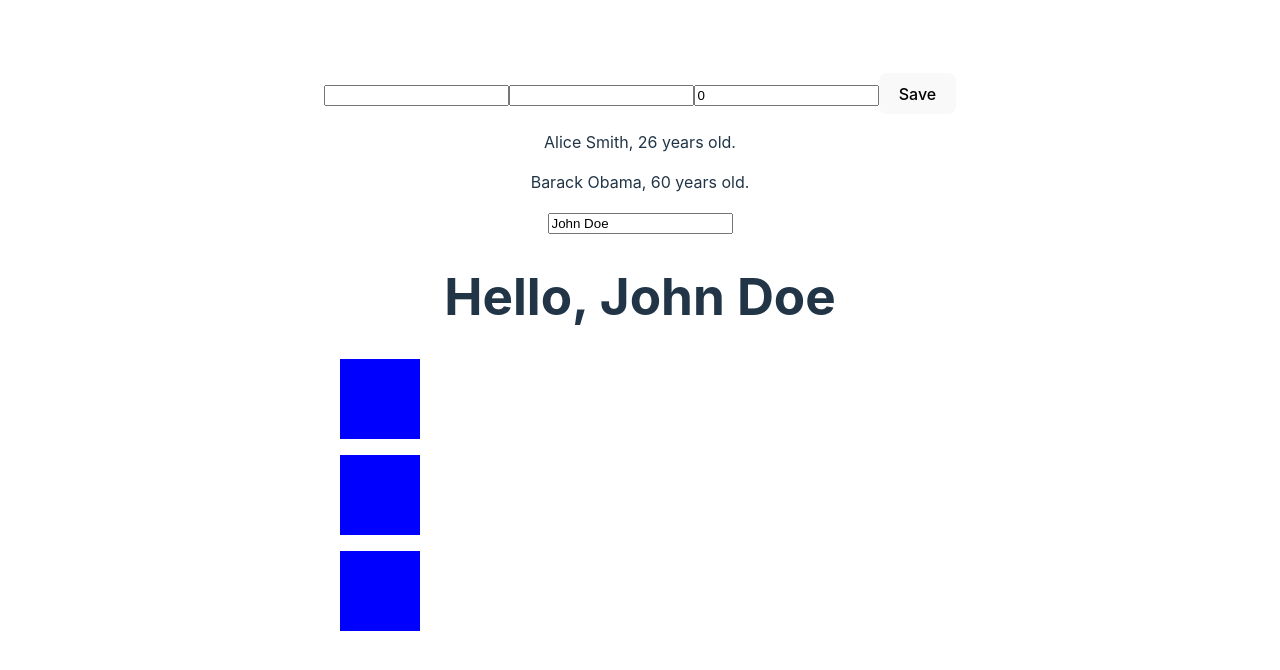
Repository: RonanKhalilOlaes/Olaes_Lab06-07_taskList
Page: /
An editor plug-in stored every save of this project. The page is shown before and after the next save, followed by the edit.
The browser window is 1280 px wide. The pictures show the whole page.
The project was rebuilt for these pictures with package versions that can differ from the ones it lists, and the page was loaded fresh each time. Also part of the build but not shown: vite.config.js.

Above is the page before, as saved 2024-10-09 12:56:08.

After the next save:
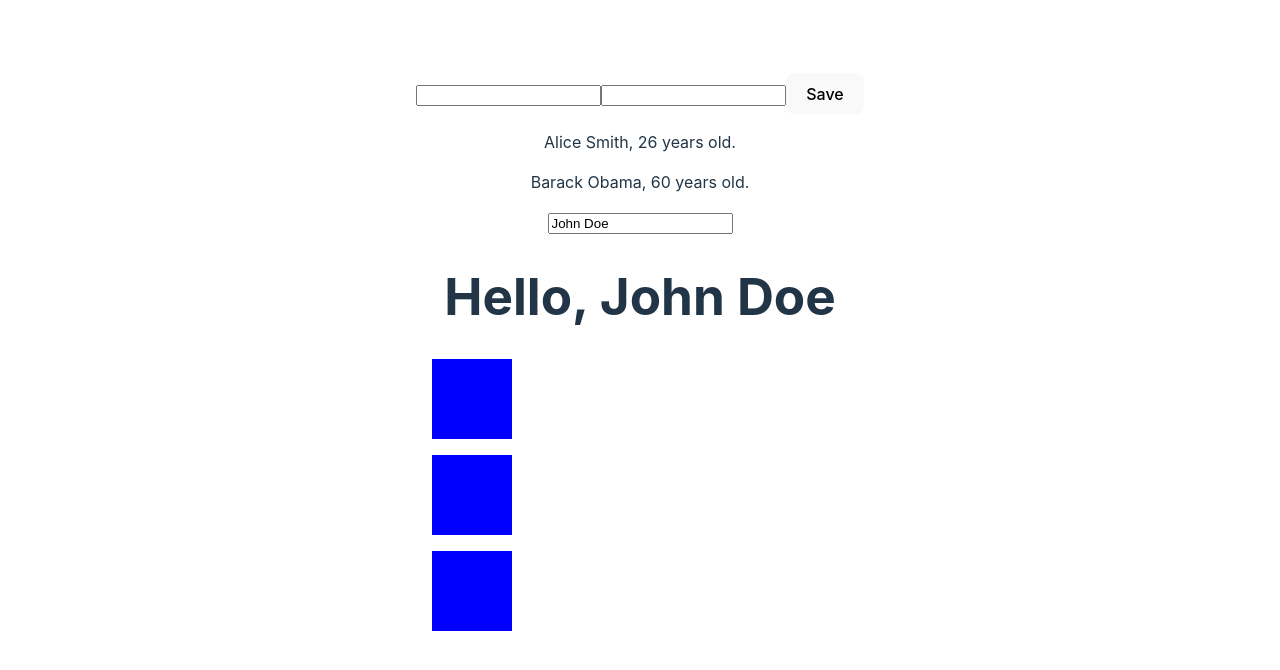
Saved 13 days later.
--- a/src/App.jsx
+++ b/src/App.jsx
@@ -1,104 +1,3 @@
-// import { useState } from 'react'
-// import './App.css'
-
-// // student list
-// const initialStudents = [
-//   {
-//     firstname: 'Alicent',
-//     lastname: 'Smith',
-//     age: 26
-
-//   },
-//   {
-//     firstname: 'Barrack',
-//     lastname: 'Obama',
-//     age: 60
-//   }
-// ]
-
-// function App() {
-
-//   //the "old way?"
-
-//   // const state= useState('John Doe');
-
-//   // const name = state [0];
-//   // const setName = state [1];
-
-//   // let name = 'John Doe';
-
-//   // console.log(state);
-
-
-//   console.log('Component Rendered')//for testing purposes
-
-//   const [name, setName] = useState('John Doe'); // the standard
-
-//   const [students, setStudents] = useState(initialStudents);
-
-//   cosnt studentListUI = students.map(student, index =>) {
-//     <p key={index} {students.firstname} {students.lastname} {students.age} years old.></p>
-//   }
-
-
-
-//   function handleKeyDown(e) {
-//     if (e.key === 'Enter') {
-//       setName(e.target.value);
-
-//       console.log(name);
-
-//       e.target.value = '';
-//     }
-
-
-//   }
-
-//   function handleChange (e) {
-//     setName(e.target.value)
-//   }
-
-//   return (
-//     <>
-
-//       <h1>Hello There, {name} </h1>
-
-//       <input type="text" onKeyDown={handleKeyDown}
-//       value={name}
-//       onChange={handleChange} />
-//       {/* lets you change the input on live */}
-
-
-//     </>
-//   );
-// }
-
-
-
-
-// function random(n) {
-//   return Math.floor(Math.random() * n);
-// }
-
-// function Tile () {
-
-//   const [color, setColor] = useState('blue');
-
-//   function handleClick(){
-//     const red =random(255);
-//     const green =random(255);
-//     const blue =random(255);
-//   }
-
-//   return (
-//     <div classname = "tile"
-//     style={{background: color}}
-//     onClick={handleClick}
-//     >
-//     </div>
-
-//   )
-// }
 
 
 // export default App;
@@ -217,8 +116,7 @@ function StudentForm(props) {
         onChange={(e) => setStudent({ ...student, firstname: e.target.value })} />
       <input type="text" value={student.lastname}
         onChange={(e) => setStudent({ ...student, lastname: e.target.value })} />
-      <input type="number" value={student.age}
-        onChange={(e) => setStudent({ ...student, age: e.target.value })}/>
+
       <button>Save</button>
     </form>
   );
